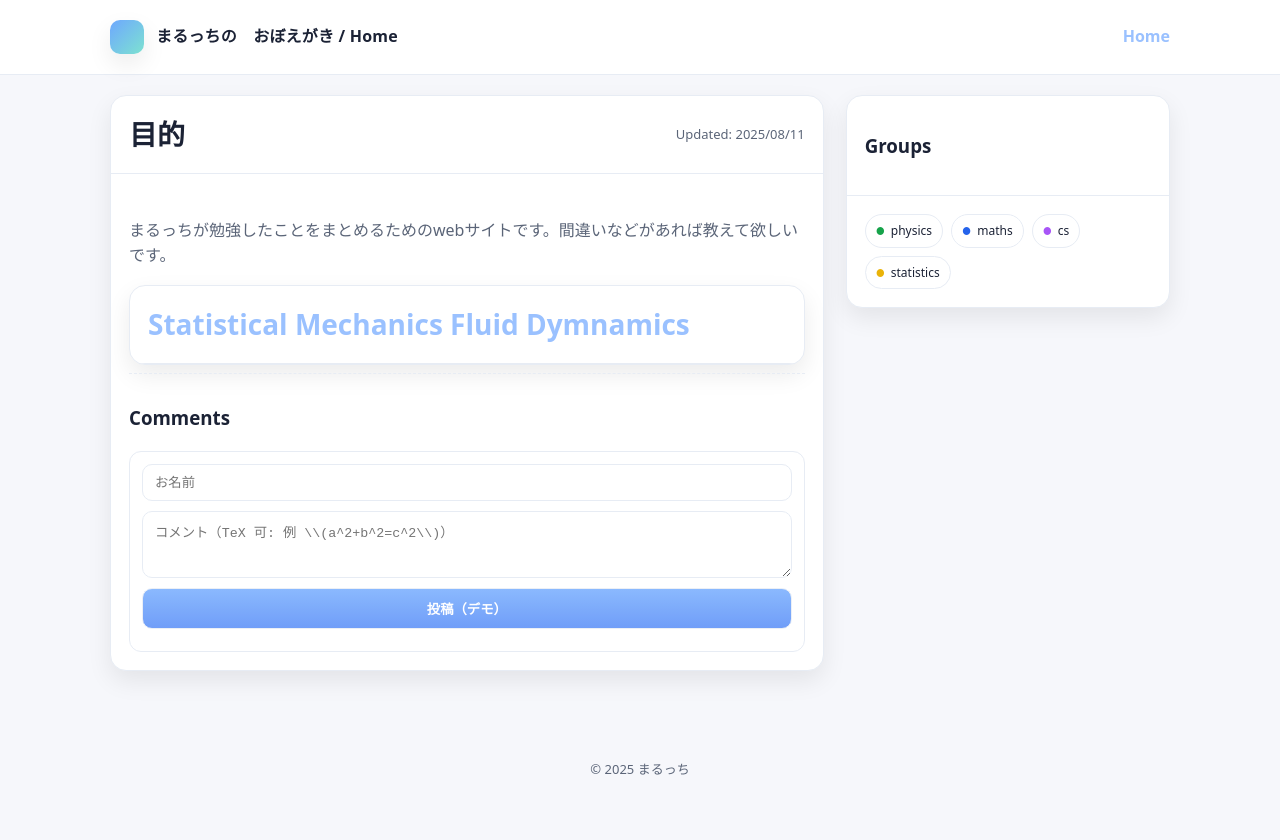
Repository: Riki-Mochimaru/tureduretunedune
Page: index.html
The author's editor kept a copy of each file at every save. The page is drawn from the files as they stood at one save, then again after a run of saves.
The browser window is 1280 px wide. The pictures show the whole page.

Above is the page before, as saved 2025-08-11 23:25:06.

### index.html
<!DOCTYPE html>
<html lang="ja">
<head>
  <meta charset="utf-8" />
  <meta name="viewport" content="width=device-width, initial-scale=1" />
  <title>まるっちの おぼえがき— Home</title>
  <link rel="stylesheet" href="assets/styles.css">
</head>
<body>
  <header class="site">
    <div class="shell row">
      <div class="brand"><div class="brand-badge"></div><div>まるっちの　おぼえがき / Home</div></div>
      <nav>
        <a href="./">Home</a>
      </nav>
    </div>
  </header>

  <main class="shell">
    <section class="grid" aria-label="Articles and sidebar">
      <div>
        <article class="card post">
          <div class="hd">
            <h2>目的</h2>
            <div class="meta"><span>Updated: <time data-auto-updated datetime="">—</time></span></div>
          </div>
          <div class="bd">
            <p class="lead">まるっちが勉強したことをまとめるためのwebサイトです。間違いなどがあれば教えて欲しいです。</p>
            <div class="tags">
              <!-- <span class="tag" data-g="math"></span>
              <span class="tag" data-g="cs">#cs</span> -->
            </div>

            <!-- <h3>数式の例</h3>
            <div class="math">\\[ E = mc^2 \\]</div> -->
            <article class="card post">
              <div class="hd">
                <h2><a href="physics/"</h2>
                <a href="physics/SM/">Statistical Mechanics</a>
                <a href="physics/FluidDynamics/">Fluid Dymnamics</a>
              </div>
            </article>

            <section class="comments">
              <h3>Comments</h3>
              <form class="form" action="#" method="post">
                <input class="input" name="who" placeholder="お名前" required>
                <textarea class="textarea" name="body" rows="3" placeholder="コメント（TeX 可: 例 \\(a^2+b^2=c^2\\)）" required></textarea>
                <button class="btn" type="button" aria-disabled="true">投稿（デモ）</button>
                <div class="hint"></div>
              </form>
            </section>
          </div>
        </article>
      </div>

      <aside class="aside">
        <section class="card">
          <div class="hd"><h3>Groups</h3></div>
          <div class="bd">
            <div class="tags">
              <span class="tag" data-g="phys">physics</span>
              <span class="tag" data-g="math">maths</span>
              <span class="tag" data-g="cs">cs</span>
              <span class="tag" data-g="stats">statistics</span>
            </div>
          </div>
        </section>
      </aside>
    </section>
  </main>

  <footer class="site"><div class="shell">© 2025 まるっち</div></footer>

  <!-- 数式レンダリング（必要なら有効化） -->
  <script>
    window.MathJax = {
      tex: { inlineMath: [['$','$'], ['\\(','\\)']], displayMath: [['$$','$$'], ['\\[','\\]']] },
      options: { renderActions: { addMenu: [] } }
    };
  </script>
  <script src="https://cdn.jsdelivr.net/npm/mathjax@3/es5/tex-mml-chtml.js" async></script>
  <script>
    // Client-side: auto-fill "Updated" date from document.lastModified
    document.querySelectorAll('time[data-auto-updated]').forEach(t => {
      const d = new Date(document.lastModified);
      // ISO (yyyy-mm-dd)
      const iso = new Date(d.getTime() - d.getTimezoneOffset()*60000)
                    .toISOString().slice(0,10);
      t.setAttribute('datetime', iso);
      // Human-readable in Japanese (Asia/Tokyo)
      t.textContent = d.toLocaleDateString('ja-JP', {
        timeZone: 'Asia/Tokyo', year: 'numeric', month: '2-digit', day: '2-digit'
      });
    });
    </script>
</body>
</html>

### assets/styles.css
/* styles.css — Science Notes
   House style: British English prose; American English in code comments.
*/

/* =========================
   Design tokens
   ========================= */
   :root {
    --bg: #0b0c10;
    --surface: #0f1117;
    --card: #121520;
    --text: #e8ecf8;
    --subtle: #9aa3b2;
    --border: #1e2636;
    --brand: #6ea8fe;
    --accent: #7de2d1;
    --warn: #ffd166;
    --danger: #ff6b6b;
    --radius: 16px;
    --shadow: 0 10px 24px rgba(0,0,0,.35), 0 1px 0 rgba(255,255,255,.04) inset;
    --font-sans: ui-sans-serif, system-ui, -apple-system, Segoe UI, Roboto, Noto Sans JP, "Helvetica Neue", Arial;
    --font-mono: ui-monospace, SFMono-Regular, Menlo, Monaco, Consolas, "Liberation Mono", monospace;
  }
  @media (prefers-color-scheme: light) {
    :root {
      --bg: #f6f7fb; --surface: #ffffff; --card: #ffffff; --text: #1b2235; --subtle: #5b6578; --border: #e7ecf4;
      --shadow: 0 10px 24px rgba(0,0,0,.08);
    }
  }

  /* Base */
  *, *::before, *::after { box-sizing: border-box; }
  html, body { height: 100%; }
  body { margin: 0; font-family: var(--font-sans); background: var(--bg); color: var(--text); line-height: 1.6; }
  /* Accessible link look */
  a { color: #9ac1ff; text-decoration: none; }
  a:hover { text-decoration: underline; }

  /* Header */
  header.site { position: sticky; top: 0; z-index: 10; background: color-mix(in oklab, var(--surface) 92%, transparent); border-bottom: 1px solid var(--border); backdrop-filter: blur(6px); }
  .shell { max-width: 1100px; margin: 0 auto; padding: 20px; }
  .row { display: grid; grid-template-columns: 1fr auto; align-items: center; gap: 16px; }
  .brand { display: flex; align-items: center; gap: 12px; font-weight: 800; letter-spacing: .2px; }
  .brand-badge { width: 34px; height: 34px; border-radius: 10px; background: linear-gradient(135deg, var(--brand), var(--accent)); box-shadow: var(--shadow); }
  nav a { margin-left: 16px; font-weight: 600; }

  /* Layout */
  main { padding-top: 10px; }
  .grid { display: grid; grid-template-columns: 2.2fr 1fr; gap: 22px; align-items: start; }
  @media (max-width: 980px) { .grid { grid-template-columns: 1fr; } }

  /* Cards */
  .card { background: var(--card); border: 1px solid var(--border); border-radius: var(--radius); box-shadow: var(--shadow); overflow: clip; }
  .card .hd { padding: 16px 18px; border-bottom: 1px solid var(--border); display:flex; align-items:center; justify-content: space-between; }
  .card .bd { padding: 18px; }

  /* Tag/Group chips */
  .tags { display:flex; flex-wrap: wrap; gap: 8px; }
  .tag { --c: #334155; color: var(--text); font-size: 12px; padding: 6px 10px; border: 1px solid var(--border); border-radius: 999px; background: color-mix(in oklab, var(--card) 88%, transparent); }
  .tag[data-g="math"]   { --c: #2563eb; }
  .tag[data-g="phys"]   { --c: #16a34a; }
  .tag[data-g="cs"]     { --c: #a855f7; }
  .tag[data-g="stats"]  { --c: #eab308; }
  .tag[data-g="ethics"] { --c: #ef4444; }
  .tag::before { content: "●"; font-size: 10px; margin-right: 6px; color: var(--c); }

  /* Article */
  article.post { display: grid; gap: 10px; }
  article.post h2 { margin: 0; font-size: clamp(20px, 2.6vw, 28px); }
  .meta { color: var(--subtle); font-size: 13px; display:flex; gap: 12px; flex-wrap: wrap; }
  .lead { color: var(--subtle); }

  /* Math blocks (TeX text before JS render) */
  .math { font-family: var(--font-mono); background: color-mix(in oklab, var(--card) 90%, transparent); border: 1px dashed var(--border); border-radius: 10px; padding: 10px 12px; overflow:auto; }
  .eqno { float: right; color: var(--subtle); margin-left: 8px; }

  /* Comment UI (static) */
  .comments { margin-top: 8px; border-top: 1px dashed var(--border); padding-top: 10px; }
  .comment { display: grid; grid-template-columns: 40px 1fr; gap: 10px; padding: 12px 0; }
  .comment + .comment { border-top: 1px dashed var(--border); }
  .avatar { width: 40px; height: 40px; border-radius: 50%; background: linear-gradient(135deg, var(--brand), var(--accent)); display:grid; place-items:center; font-weight: 800; color: #0008; }
  .who { font-weight: 700; }
  .when { color: var(--subtle); font-size: 12px; }

  /* Simple form look (non-functional without JS/backend) */
  .form { display: grid; gap: 10px; background: color-mix(in oklab, var(--card) 90%, transparent); border: 1px solid var(--border); border-radius: 12px; padding: 12px; }
  .input, .textarea { width: 100%; padding: 10px 12px; border-radius: 10px; border: 1px solid var(--border); background: var(--surface); color: var(--text); outline: none; }
  .input:focus, .textarea:focus { box-shadow: 0 0 0 6px #2a5fff33; }
  .btn { display: inline-flex; align-items: center; justify-content: center; gap: 8px; padding: 10px 14px; font-weight: 700; border-radius: 10px; border: 1px solid var(--border); background: linear-gradient(180deg, var(--brand), #4d86f7); color: #fff; cursor: not-allowed; opacity: .8; }
  .hint { font-size: 12px; color: var(--subtle); }

  /* Aside */
  .aside .card + .card { margin-top: 18px; }
  .list { display: grid; gap: 10px; }

  /* Footer */
  footer.site { margin-top: 28px; color: var(--subtle); font-size: 13px; text-align: center; padding: 20px 0 40px; }

  /* Print */
  @media print {
    header.site, footer.site { display:none; }
    .card { box-shadow: none; border-color: #ccc; }
    a { color: #000; text-decoration: none; }
  }

After the next 3 saves:
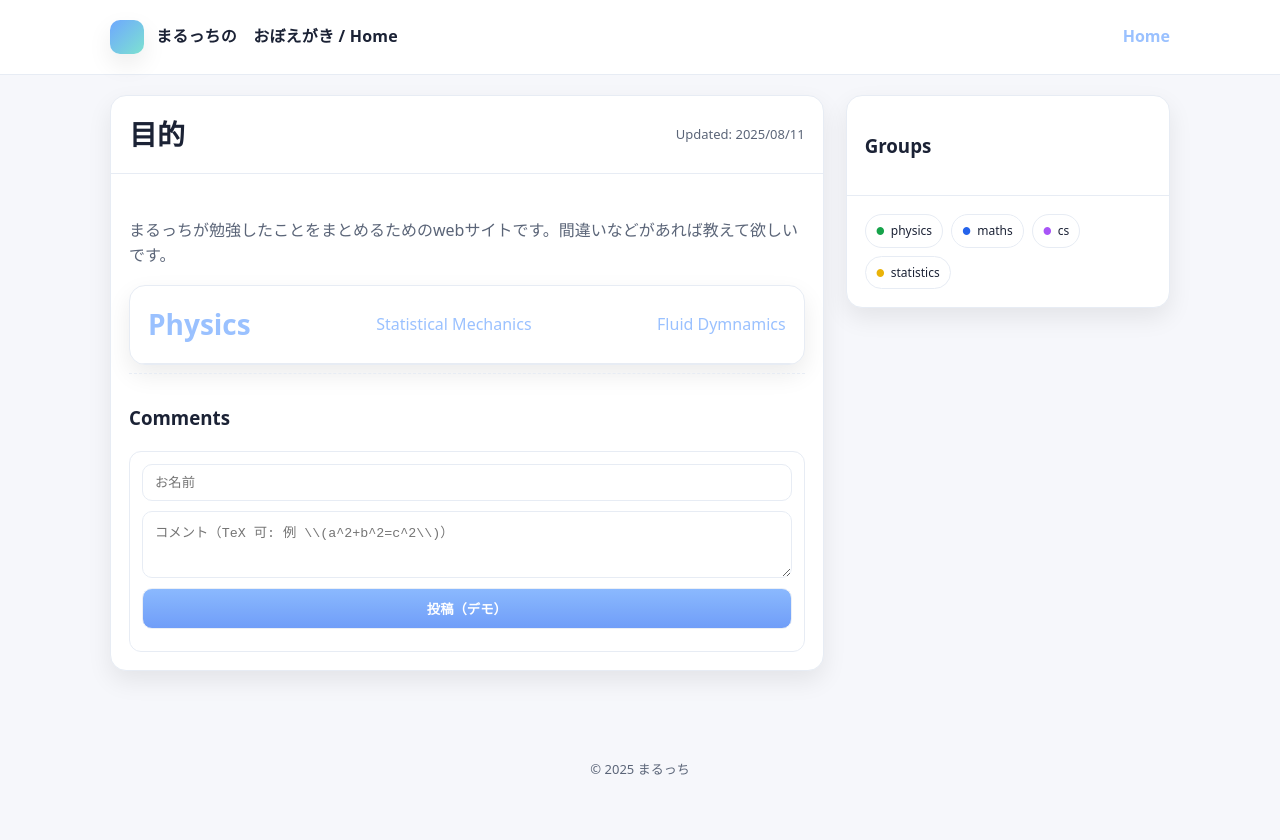
The 3 saves are shown as one change because they came seconds apart.
The last was saved 9 s later.
--- a/index.html
+++ b/index.html
@@ -35,7 +35,7 @@
             <div class="math">\\[ E = mc^2 \\]</div> -->
             <article class="card post">
               <div class="hd">
-                <h2><a href="physics/"</h2>
+                <h2><a href="physics/">Physics</a></h2>
                 <a href="physics/SM/">Statistical Mechanics</a>
                 <a href="physics/FluidDynamics/">Fluid Dymnamics</a>
               </div>
